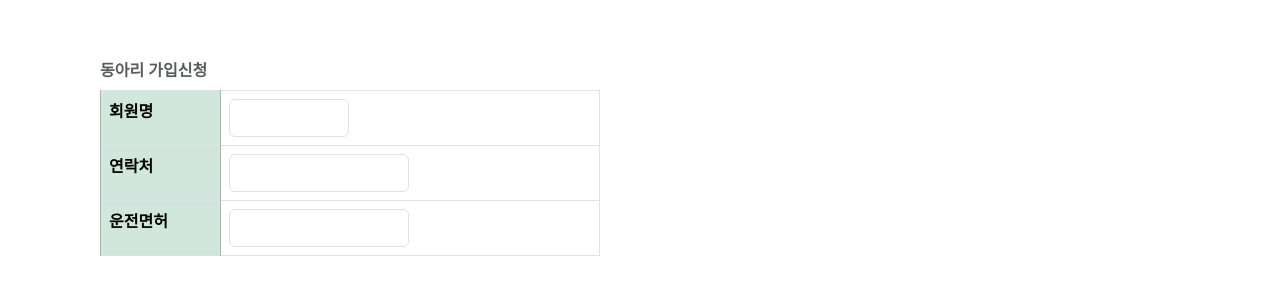
Repository: kim-gemma/JspStudy_hnkim
Page: http://localhost/JspCrudProject/member/addform.jsp
An editor plug-in stored every save of this project. The page is shown before and after the next save, followed by the edit.
The browser window is 1280 px wide. The pictures show the whole page.
Some web fonts or font styles are not loaded; a fallback is used. The page is served by Tomcat 9. Other server files are loaded and not shown.

Above is the page before, as saved 2025-12-11 05:33:16.

### JspCrudProject/src/main/webapp/member/addform.jsp
<%@ page language="java" contentType="text/html; charset=UTF-8"
    pageEncoding="UTF-8"%>
<!DOCTYPE html>
<html>
<head>
<meta charset="UTF-8">
<link href="https://fonts.googleapis.com/css2?family=Dongle&family=Gamja+Flower&family=Nanum+Myeongjo&family=Nanum+Pen+Script&display=swap" rel="stylesheet">
<link href="https://cdn.jsdelivr.net/npm/bootstrap@5.3.8/dist/css/bootstrap.min.css" rel="stylesheet" integrity="sha384-sRIl4kxILFvY47J16cr9ZwB07vP4J8+LH7qKQnuqkuIAvNWLzeN8tE5YBujZqJLB" crossorigin="anonymous">
<link rel="stylesheet" href="https://cdn.jsdelivr.net/npm/bootstrap-icons@1.13.1/font/bootstrap-icons.min.css">
<title>Insert title here</title>
</head>
<body>
	<div style="width: 500px; margin: 50px 100px;">
		<form action="addaction.jsp" method="post">
			<table class="table table-bordered">
				<caption align="top"><b>동아리 가입신청</b></caption>
				<tr>
					<th width="120" class="table-success">회원명</th>
					<td>
						<input type="text" name="name" class="form-control"
						required="required" style="width: 120px;">
					</td>
				</tr>
				<tr>
					<th width="120" class="table-success">연락처</th>
					<td>
						<input type="text" name="hp" class="form-control"
						required="required" style="width: 180px;">
					</td>
				</tr>
				<tr>
					<th width="120" class="table-success">운전면허</th>
					<td>
						<input type="text" name="driver" class="form-control"
						required="required" style="width: 180px;">
					</td>
				</tr>
			</table>
		</form>
	</div>
</body>
</html>

After the next save:
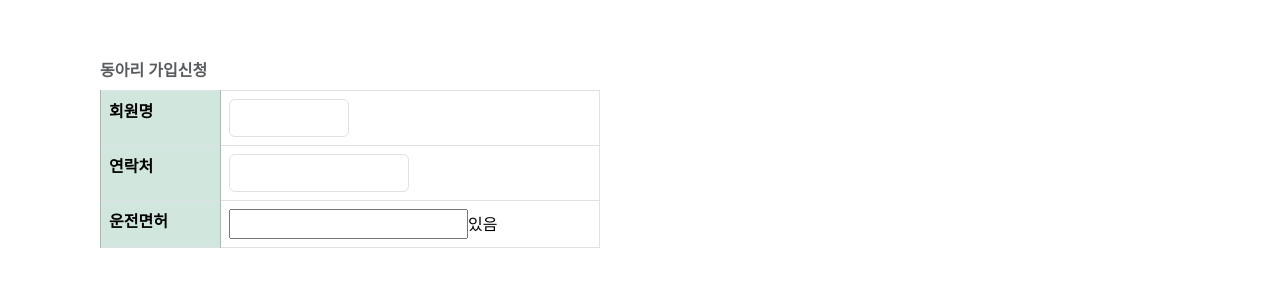
Saved 19 s later.
--- a/JspCrudProject/src/main/webapp/member/addform.jsp
+++ b/JspCrudProject/src/main/webapp/member/addform.jsp
@@ -31,8 +31,7 @@
 				<tr>
 					<th width="120" class="table-success">운전면허</th>
 					<td>
-						<input type="text" name="driver" class="form-control"
-						required="required" style="width: 180px;">
+						<input type="text" name="driver">있음
 					</td>
 				</tr>
 			</table>
